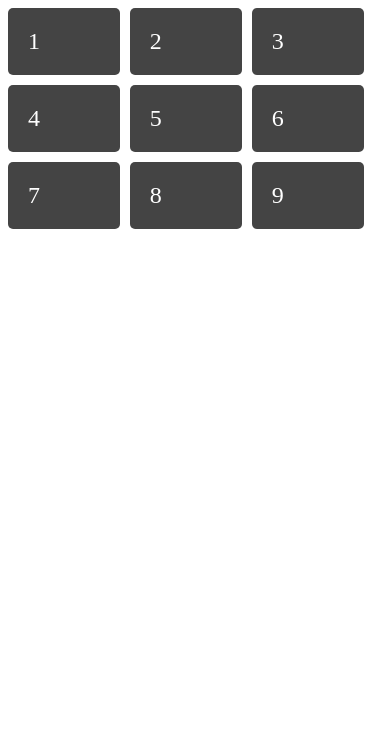
Repository: robinrob/css
Page: practice/css_grid_pretty.html
These files come from the project's save history. The page is drawn as it stood at one moment and after the next save; the edit follows.
The browser window is 375 px wide. The pictures show the whole page.

Above is the page before, as saved 2018-08-18 16:48:25.

After the next save:
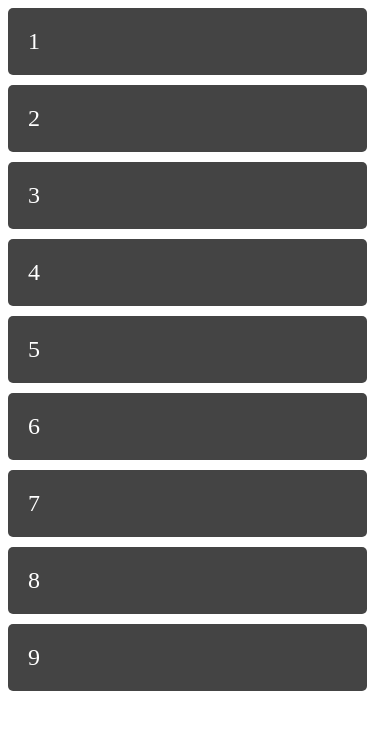
Saved 73 s later.
--- a/practice/css_grid_pretty.html
+++ b/practice/css_grid_pretty.html
@@ -9,6 +9,9 @@
     .grid-container {
       display: grid;
       grid-template-columns: repeat(3, 0.33fr);
+      @media only screen and (max-width: 600px) {
+        grid-template-columns: repeat(1, 1fr);
+      }
       grid-gap: 10px;
       background-color: #fff;
       color: #444;
